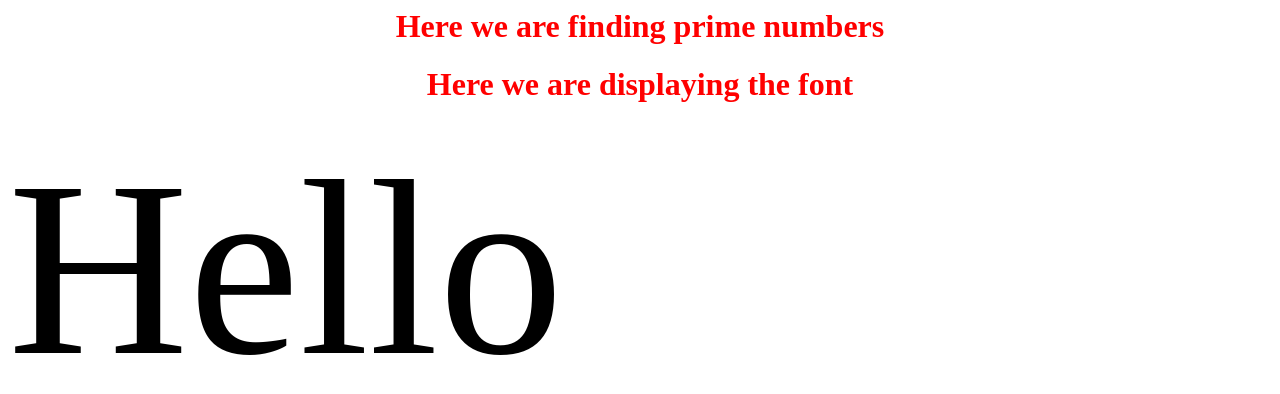
Repository: AbhishekSinghChouhan45/JSP-Projects
Page: http://localhost/JSP-22PrimeNumberFromCustomeTag/
The author's editor kept a copy of each file at every save. The page is drawn from the files as they stood at one save, then again after the next save.
The browser window is 1280 px wide. The pictures show the whole page.
The page is served by Tomcat 10. Other server files are loaded and not shown.

Above is the page before, as saved 2023-12-07 04:58:21.

### JSP-22PrimeNumberFromCustomeTag/src/main/webapp/index.jsp
<%@ taglib uri="https://nareshit.com/org" prefix="fprime"%>
<h1 style="color: red;text-align: center">Here we are finding prime numbers</h1>
<%-- <fprime:find x="20"/> --%>
<h1 style="color: red;text-align: center">Here we are displaying the font </h1>
<fprime:dis font="Display" size="250">Hello</fprime:dis>

### JSP-22PrimeNumberFromCustomeTag/src/main/java/com/nt/prime/Display.java
package com.nt.prime;

import jakarta.servlet.jsp.JspException;
import jakarta.servlet.jsp.JspWriter;
import jakarta.servlet.jsp.tagext.TagSupport;

public class Display extends TagSupport{
		private int size = 15;
		private String font = "Arial";
		private String color = "Red";
		public void setSize(int size) {
			System.out.println("Display.setSize()");
			this.size = size;
		}
		public void setFont(String font) {
			System.out.println("Display.setFont()");
			this.font = font;
		}
		@Override
		public int doStartTag() throws JspException {
			System.out.println("Display.doStartTag()");
			try {
				System.out.println("-----------------"+font+"----------------"+size);
				JspWriter out = pageContext.getOut();
				out.println("<span style= 'font-family: "+font+"; font-size: "+size+";'>");
			}catch (Exception e) {
				System.out.println(e.getMessage());
			}
			return EVAL_BODY_AGAIN;
		}
		@Override
		public int doEndTag() throws JspException {
			System.out.println("Display.doEndTag()");
			try {
				JspWriter out = pageContext.getOut();
				out.println("</span>");
			}catch (Exception e) {
				System.out.println(e.getMessage());
			}
		return EVAL_BODY_INCLUDE;
		}
}

After the next save:
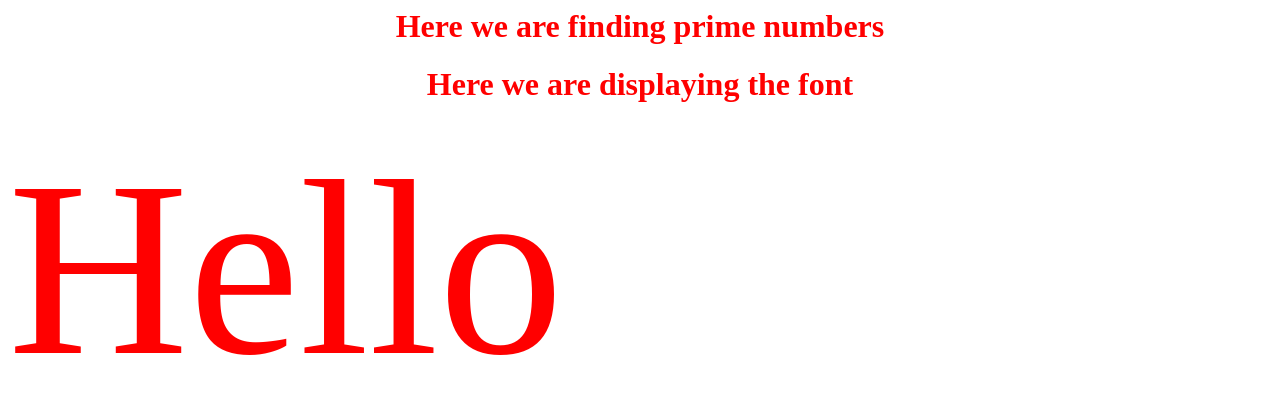
Saved 43 s later.
--- a/JSP-22PrimeNumberFromCustomeTag/src/main/java/com/nt/prime/Display.java
+++ b/JSP-22PrimeNumberFromCustomeTag/src/main/java/com/nt/prime/Display.java
@@ -8,6 +8,9 @@
 		private int size = 15;
 		private String font = "Arial";
 		private String color = "Red";
+		public void setColor(String color) {
+			this.color = color;
+		}
 		public void setSize(int size) {
 			System.out.println("Display.setSize()");
 			this.size = size;
@@ -22,7 +25,7 @@
 			try {
 				System.out.println("-----------------"+font+"----------------"+size);
 				JspWriter out = pageContext.getOut();
-				out.println("<span style= 'font-family: "+font+"; font-size: "+size+";'>");
+				out.println("<span style= 'font-family: "+font+"; font-size: "+size+";color:"+color+";'>");
 			}catch (Exception e) {
 				System.out.println(e.getMessage());
 			}
